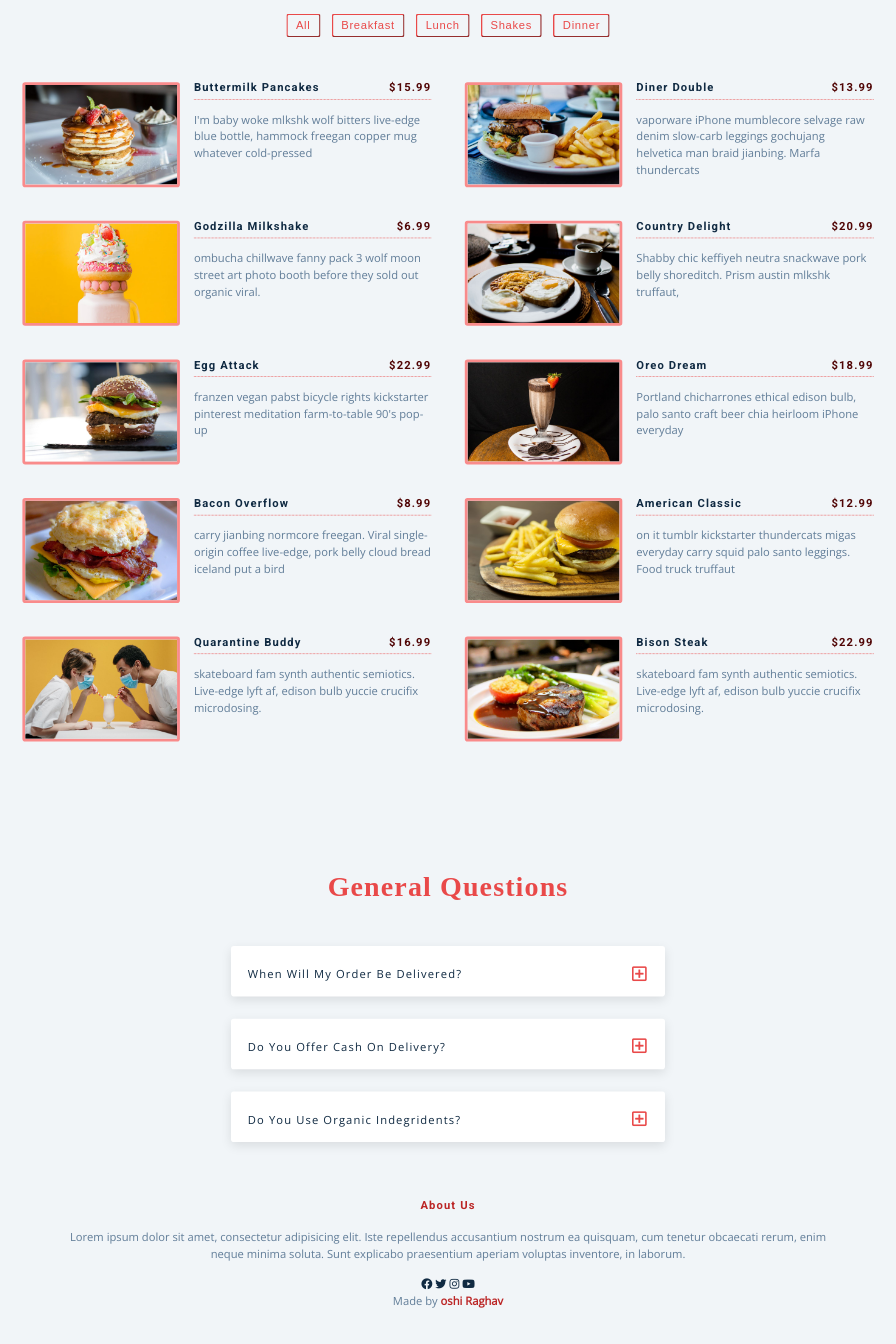
Repository: xoshiraghavx/Food-you
Page: index.html
The author's editor kept a copy of each file at every save. The page is drawn from the files as they stood at one save, then again after the next save.
The browser window is 1280 px wide. The pictures show the part of the page from y = 1009 to 2929 px (the page is 2929 px tall before and 2921 px after), at 70% of full size.
Some web libraries are served in a nearby version.

Above is the page before, as saved 2022-12-03 08:44:09.

After the next save:
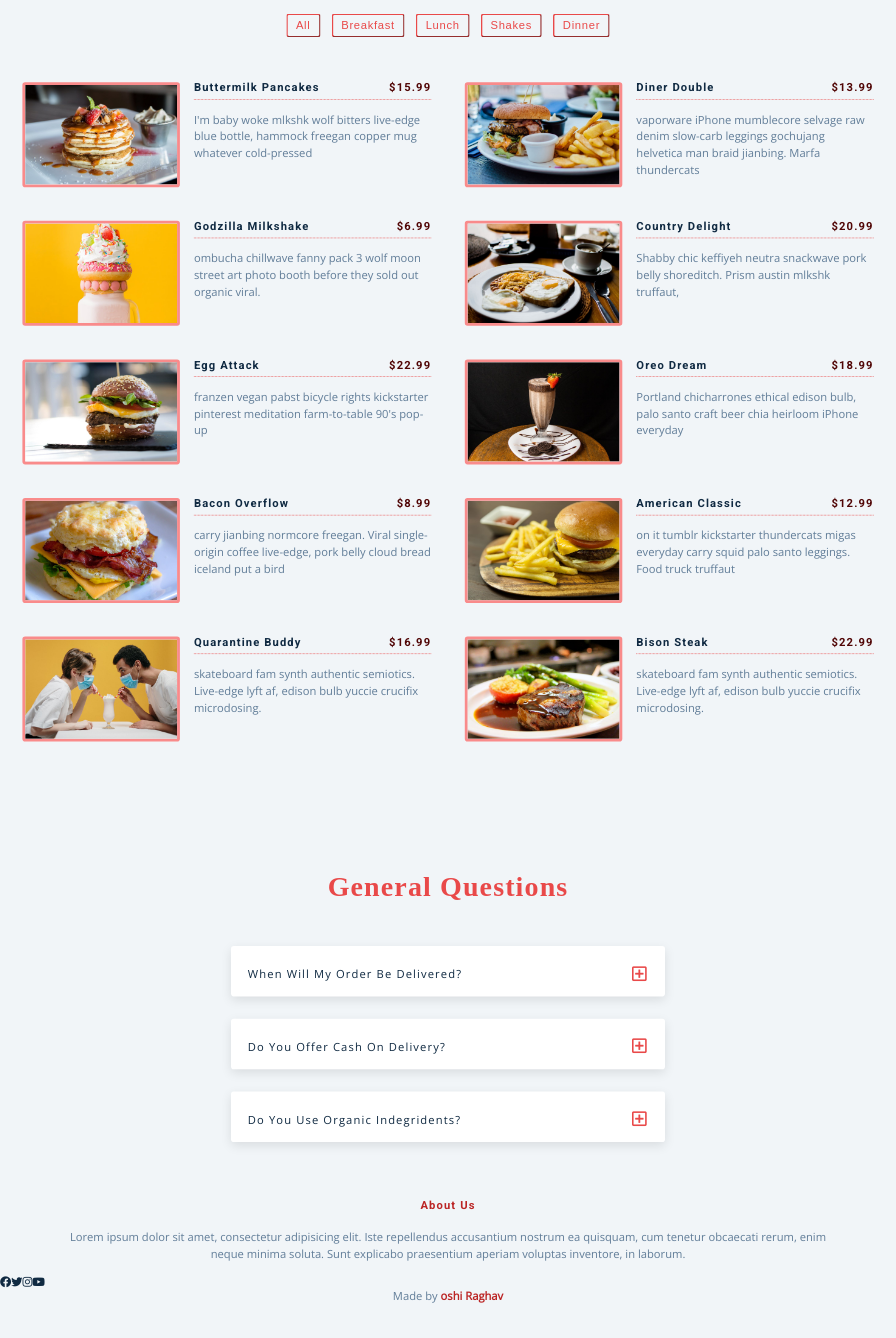
Saved 23 s later.
--- a/index.html
+++ b/index.html
@@ -175,7 +175,7 @@
 <section class="footer">
   <h4 id="color">About Us</h4>
   <p>Lorem ipsum dolor sit amet, consectetur adipisicing elit. Iste repellendus accusantium nostrum ea quisquam, cum tenetur obcaecati rerum, enim <br> neque minima soluta. Sunt explicabo praesentium aperiam voluptas inventore, in laborum.</p>
-  <div class="icons">
+  <div class="social-icons">
       <i class="fab fa-facebook" aria-hidden="true"></i>
       <i class="fab fa-twitter" aria-hidden="true"></i>
       <i class="fab fa-instagram" aria-hidden="true"></i>

After the save that followed:
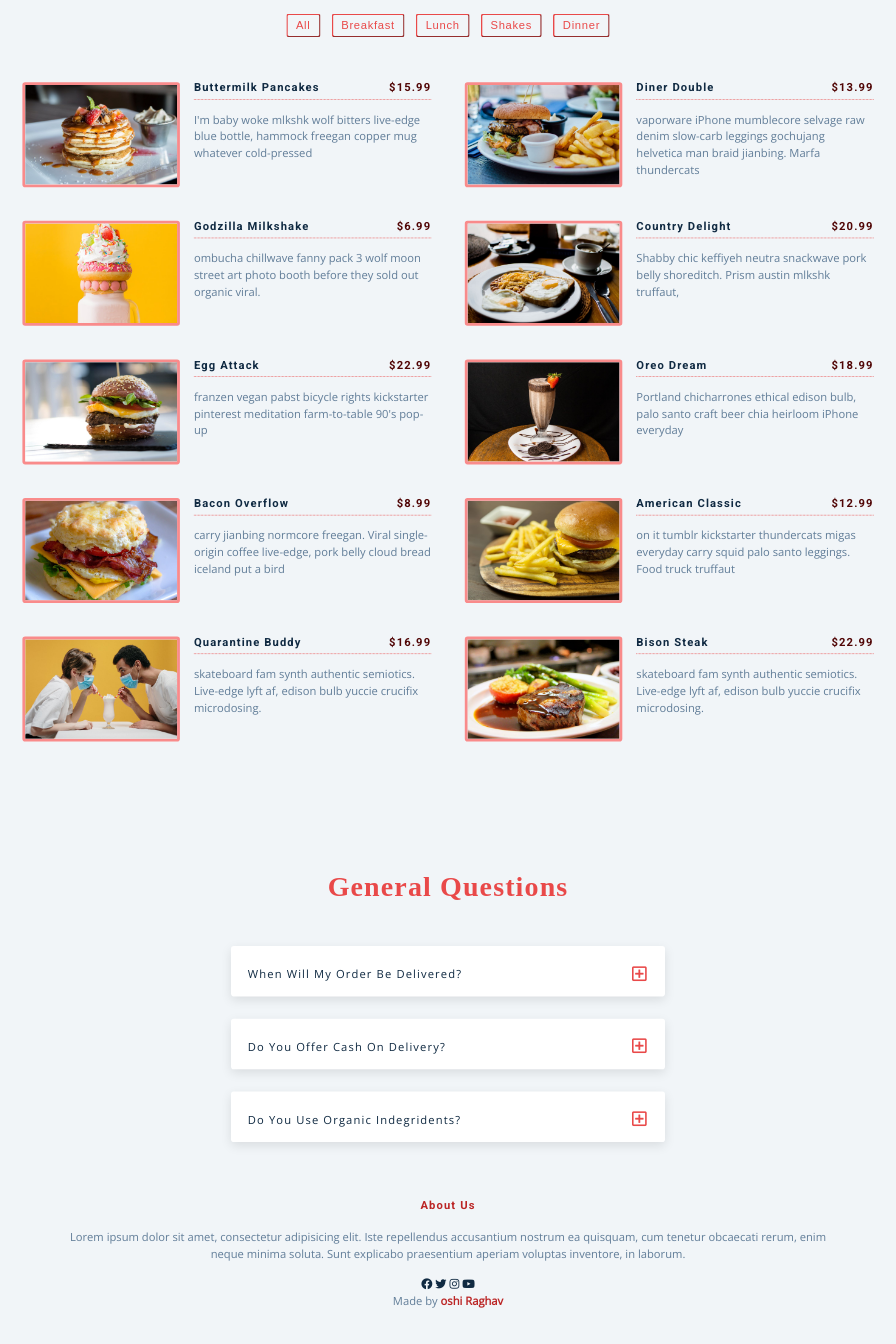
Saved 14 s later.
--- a/index.html
+++ b/index.html
@@ -175,7 +175,7 @@
 <section class="footer">
   <h4 id="color">About Us</h4>
   <p>Lorem ipsum dolor sit amet, consectetur adipisicing elit. Iste repellendus accusantium nostrum ea quisquam, cum tenetur obcaecati rerum, enim <br> neque minima soluta. Sunt explicabo praesentium aperiam voluptas inventore, in laborum.</p>
-  <div class="social-icons">
+  <div class="icons">
       <i class="fab fa-facebook" aria-hidden="true"></i>
       <i class="fab fa-twitter" aria-hidden="true"></i>
       <i class="fab fa-instagram" aria-hidden="true"></i>
